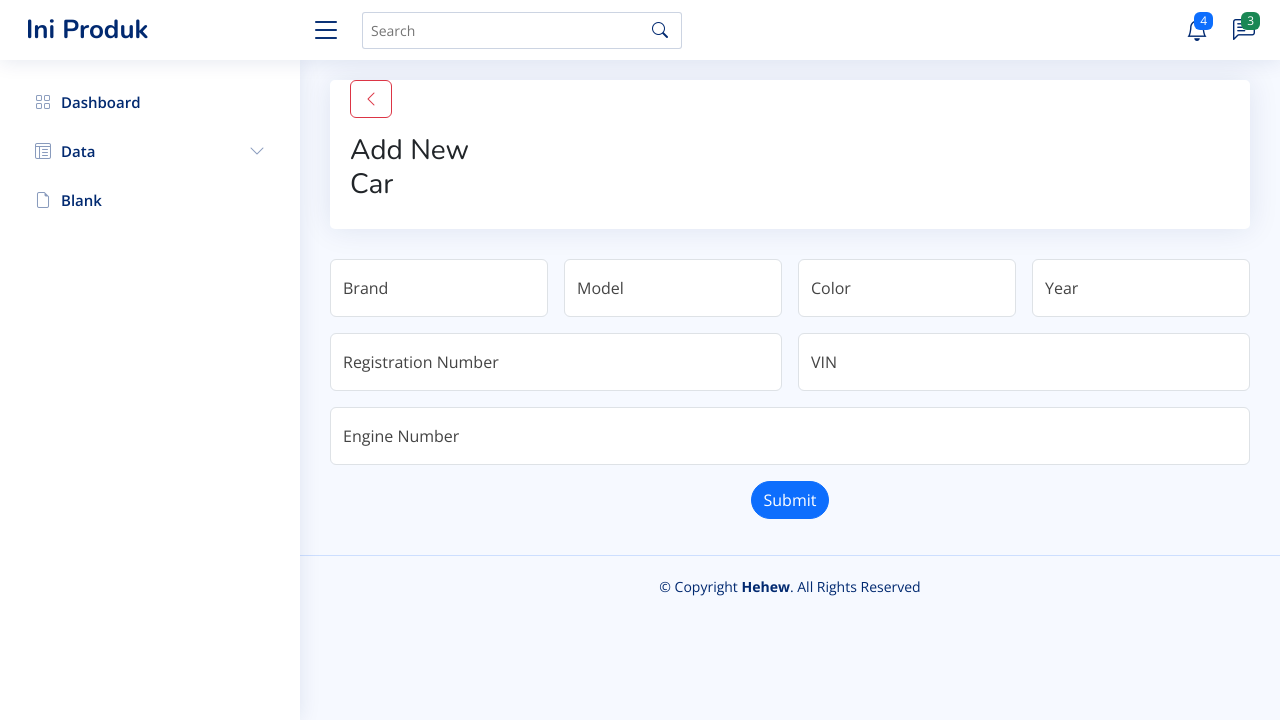
Repository: Jistoper/car_rental
Page: http://localhost/create
An editor plug-in stored every save of this project. The page is shown before and after the next save, followed by the edit.
The browser window is 1280 px wide. The pictures show the whole page.
The page is served by the project's Laravel application, run on PHP 8.4 with Laravel 9.

Above is the page before, as saved 2023-06-25 15:15:26.

After the next save:
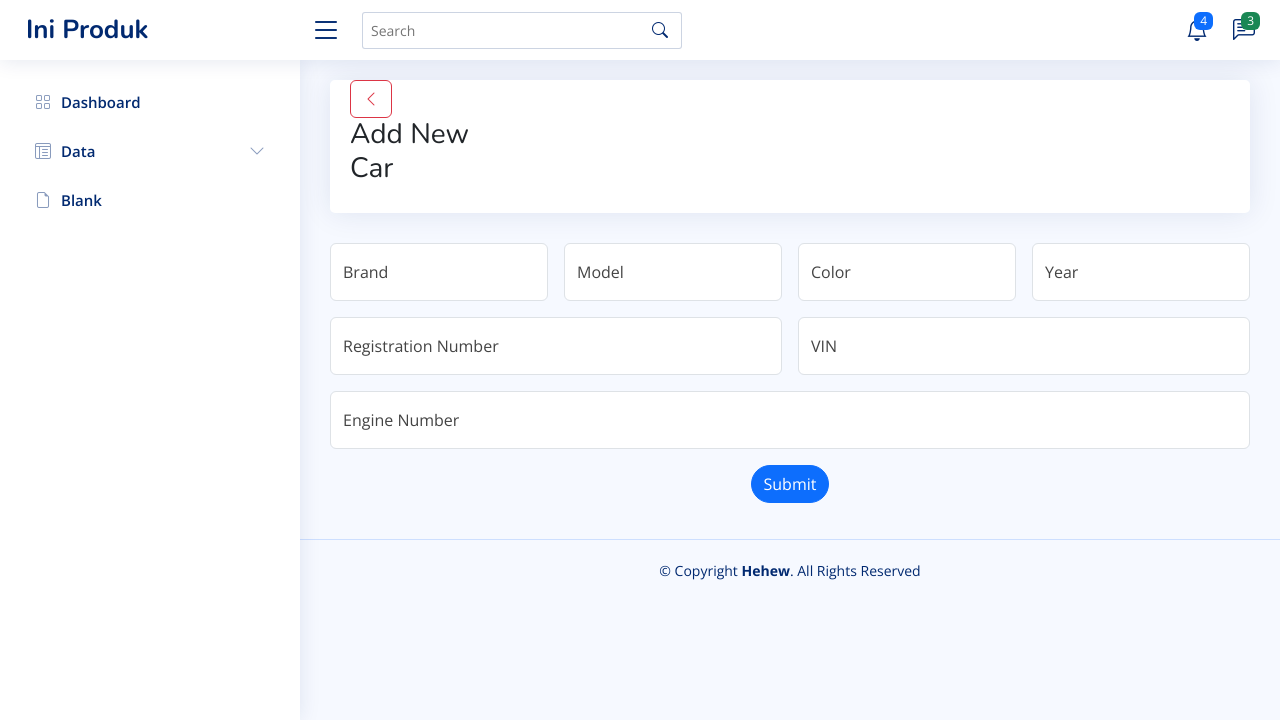
Saved 36 s later.
--- a/resources/views/backsite/content/car/createcar.blade.php
+++ b/resources/views/backsite/content/car/createcar.blade.php
@@ -5,9 +5,8 @@
 <div>
     <div class="card">
       <div class="card-body">
-        <div class="col-md-1 mb-3">
-          <a href="{{ route('car.getall') }}" class="btn btn-outline-danger bi-chevron-left"></a>
-        </div>
+          <button type="button" href="{{ route('car.getall') }}" class="btn btn-outline-danger bi-chevron-left"></button>
+
         <div class="col-md-2">
           <h3>
               Add New Car
